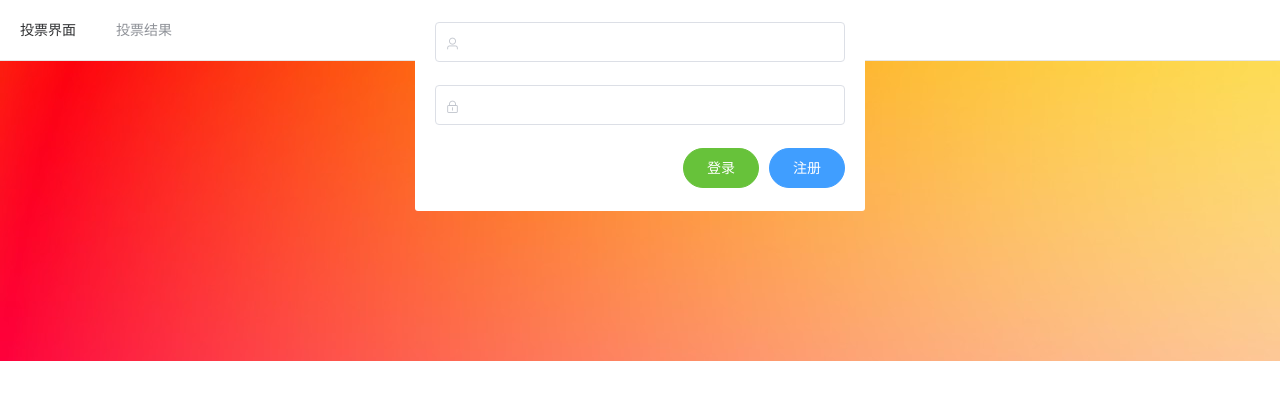
Repository: 280hhh/vote
Page: /#/login
An editor plug-in stored every save of this project. The page is shown before and after the next save, followed by the edit.
The browser window is 1280 px wide. The pictures show the whole page.
The project was rebuilt for these pictures with package versions that can differ from the ones it lists, and the page was loaded fresh each time. Also part of the build but not shown: src/components/home.vue, src/components/result.vue.

Above is the page before, as saved 2021-06-12 15:26:25.

After the next save:
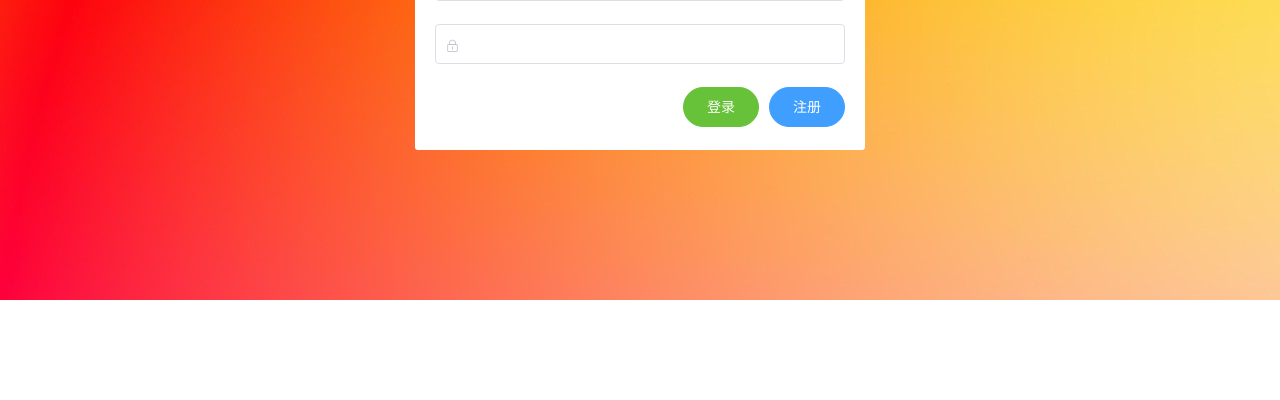
Saved 1 s later.
--- a/src/App.vue
+++ b/src/App.vue
@@ -1,12 +1,5 @@
 <template>
     <div>
-      <el-menu :default-active="this.$route.path" router class="el-menu-demo" mode="horizontal">
-        <el-menu-item v-for="(item,i) in nvaList" :key="i" :index="item.name">
-          <template slot="title">
-           <span> {{ item.navItem }}</span>
-         </template>
-        </el-menu-item>
-      </el-menu>
       <router-view></router-view>
     </div>
 </template>
